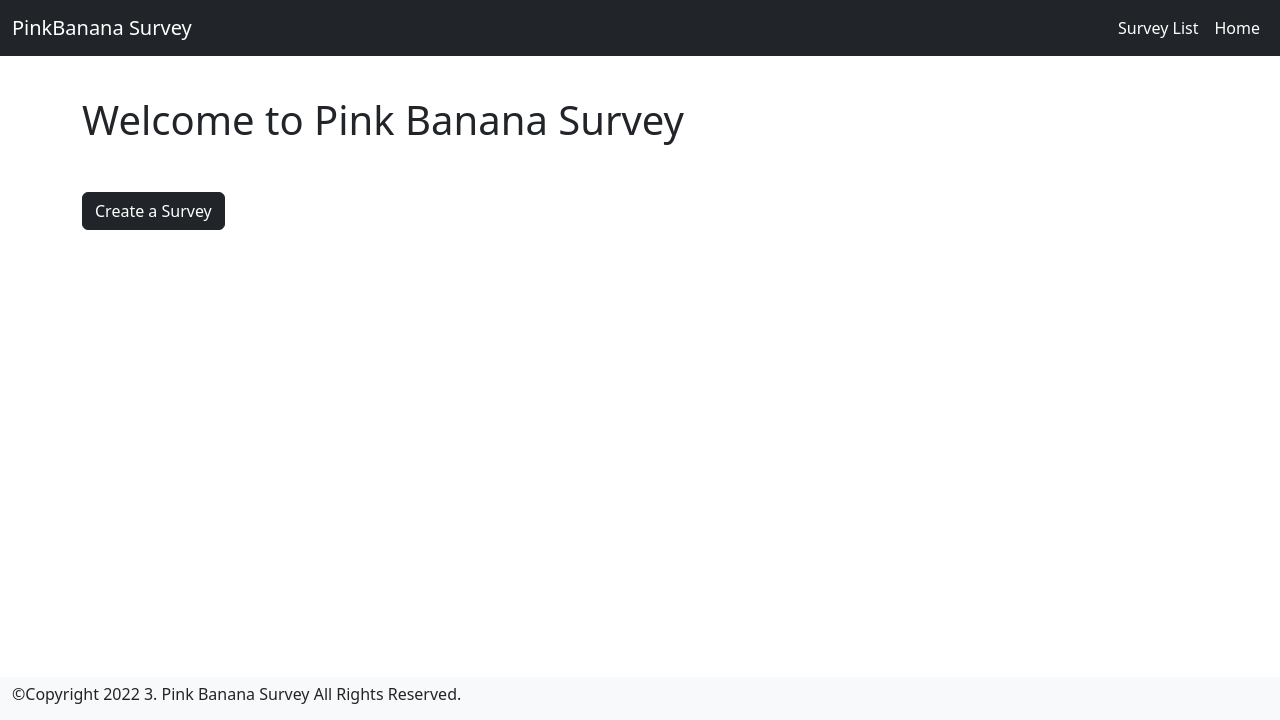
Repository: miaaow42/BananaProject
Page: / (app in front-end/)
The author's editor kept a copy of each file at every save. The page is drawn from the files as they stood at one save, then again after the next save.
The browser window is 1280 px wide. The pictures show the whole page.
The project was rebuilt for these pictures with package versions that can differ from the ones it lists, and the page was loaded fresh each time. Also part of the build but not shown: front-end/src/App.css.

Above is the page before, as saved 2022-12-08 05:01:25.

### front-end/public/index.html
<!DOCTYPE html>
<html lang="en">
  <head>
    <meta charset="utf-8" />
    <link rel="icon" href="%PUBLIC_URL%/favicon.ico" />
    <meta name="viewport" content="width=device-width, initial-scale=1" />
    <meta name="theme-color" content="#000000" />
    <meta
      name="description"
      content="Web site created using create-react-app"
    />
    <link rel="apple-touch-icon" href="%PUBLIC_URL%/logo192.png" />
    <!--
      manifest.json provides metadata used when your web app is installed on a
      user's mobile device or desktop. See https://developers.google.com/web/fundamentals/web-app-manifest/
    -->
    <link rel="manifest" href="%PUBLIC_URL%/manifest.json" />
    <!--
      Notice the use of %PUBLIC_URL% in the tags above.
      It will be replaced with the URL of the `public` folder during the build.
      Only files inside the `public` folder can be referenced from the HTML.

      Unlike "/favicon.ico" or "favicon.ico", "%PUBLIC_URL%/favicon.ico" will
      work correctly both with client-side routing and a non-root public URL.
      Learn how to configure a non-root public URL by running `npm run build`.
    -->
    <title>PinkBanana Survey</title>
  </head>
  <body>
    <noscript>You need to enable JavaScript to run this app.</noscript>
    <div id="root"></div>
    <!--
      This HTML file is a template.
      If you open it directly in the browser, you will see an empty page.

      You can add webfonts, meta tags, or analytics to this file.
      The build step will place the bundled scripts into the <body> tag.

      To begin the development, run `npm start` or `yarn start`.
      To create a production bundle, use `npm run build` or `yarn build`.
    -->
  </body>
</html>

### front-end/src/App.tsx
import React from 'react';
import { BrowserRouter, Route, Routes } from 'react-router-dom';


// import logo from './logo.svg';
import './App.css';

// Styles and Fonts
import 'bootstrap/dist/css/bootstrap.min.css';
import '@fortawesome/fontawesome-free/css/all.min.css';

// Comment Components
import Header from './components/header';
import Footer from './components/footer';

// Content Components
import Home from './content/home';

function App() {
  return (
    <div className="App">
      <BrowserRouter>
      <Header></Header>

      {/* Client- Side Routing*/}
      <Routes>
        <Route path="/" element={<Home/>} />
        <Route path="/home" element={<Home/>} />
      </Routes>
      <Footer></Footer>
      </BrowserRouter>
    </div>
  );
}

export default App;

### front-end/src/components/header.tsx
import React from "react";
import {NavLink} from 'react-router-dom';

function Header()
{
    return(
        // <nav classNameName="navbar navbar-expand-lg navbar-dark navbar fixed-top x-navbar">
        //     <NavLink classNameName="navbar-brand" to="/"> <img src="/images/groupProjectLogo.png" alt="Logo" width="60px"/> PinkBanana Survey</NavLink>
        //     <div classNameName="container-fluid" >

        //          <button classNameName="navbar-toggler" type="button" data-bs-toggle="collapse" data-bs-target="#navbarSupportedContent"
        //             aria-controls="navbarSupportedContent" aria-expanded="false" aria-label="Toggle navigation">
        //              <span classNameName="navbar-toggler-icon "></span>
        //          </button>

        //          <div classNameName="collapse navbar-collapse" id="navbarSupportedContent" >
        //             <ul classNameName="navbar-nav ms-auto mb-2 mb-lg-0">
        //                 <li classNameName="nav-item">
        //                     <NavLink  to={"/home"} classNameName="nav-item" >Survey List</NavLink>
        //                 </li>
        //             </ul>
        //          </div>
        //     </div>
        // </nav>
        <nav className="navbar navbar-expand-lg bg-dark navbar-dark fixed-top">
            <div className="container-fluid">
                <NavLink className="navbar-brand" to={"/"}>PinkBanana Survey</NavLink>
                <button className="navbar-toggler" type="button" data-bs-toggle="collapse" data-bs-target="#navbarSupportedContent" aria-controls="navbarSupportedContent" aria-expanded="false" aria-label="Toggle navigation">
                    <span className="navbar-toggler-icon"></span>
                </button>
                <div className="collapse navbar-collapse" id="navbarSupportedContent">
                    <ul className="navbar-nav ms-auto mb-2 mb-lg-0">
                        <li className="nav-item">
                            <NavLink className="nav-link active" aria-current="page" to={"/"}>Survey List</NavLink>
                        </li>
                        <li className="nav-item">
                            <NavLink className="nav-link" aria-current="page" to={"/"}>Home</NavLink>
                        </li>
                    </ul>
                </div>
            </div>
        </nav>
    )
}

export default Header;

### front-end/src/components/footer.tsx
import React from "react";


// Footer Component
function Footer()
{
    function getDate(): number
    {
        let date = new Date();
        return date.getDay();
    }



    return(
        <nav className="navbar fixed-bottom bg-light">
        <div className="container-fluid">
          <h6 >&copy;Copyright 2022 {getDate()}. Pink Banana Survey All Rights Reserved. </h6>
        </div>
      </nav>
    )
}

export default Footer;

### front-end/src/content/home.tsx
import React from "react";
import { Link } from "react-router-dom";


function Home()
{
    return(
        <div className="container">
            <br></br><br></br><br></br><br></br>
            <h1 className="mb-5">Welcome to Pink Banana Survey</h1>

            <Link to={"/add-survey"}>
                <button className="btn btn-dark"> Create a Survey</button>
            </Link>

        </div>
    )
}

export default Home;

Loaded but not shown: front-end/src/index.tsx (common file); front-end/src/index.css (common file); front-end/src/reportWebVitals.ts (common file)

After the next save:
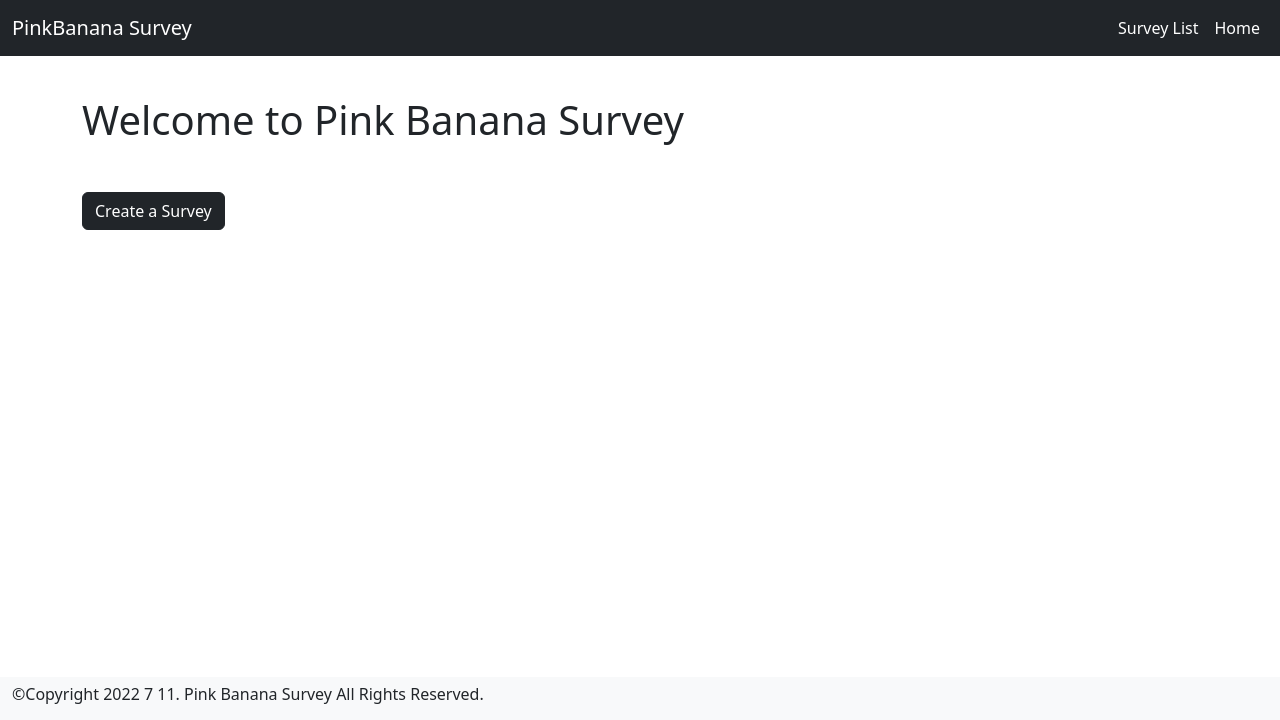
Saved 108 s later.
--- a/front-end/src/components/footer.tsx
+++ b/front-end/src/components/footer.tsx
@@ -7,15 +7,19 @@ function Footer()
     function getDate(): number
     {
         let date = new Date();
-        return date.getDay();
+        return date.getDate();
     }
-
+    function getDate2(): number
+    {
+        let date = new Date();
+        return date.getMonth();
+    }
 
 
     return(
         <nav className="navbar fixed-bottom bg-light">
         <div className="container-fluid">
-          <h6 >&copy;Copyright 2022 {getDate()}. Pink Banana Survey All Rights Reserved. </h6>
+          <h6 >&copy;Copyright 2022 {getDate()} {getDate2()}. Pink Banana Survey All Rights Reserved. </h6>
         </div>
       </nav>
     )
